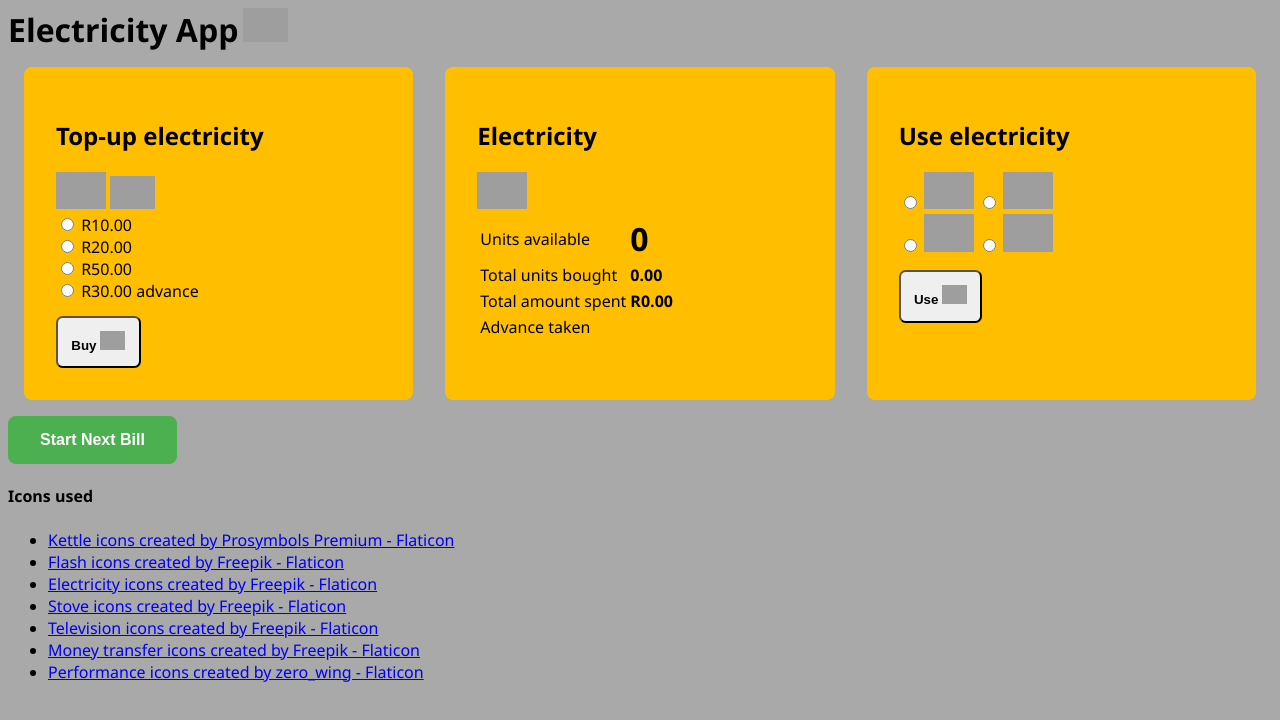
Repository: lasity34/electricity-app
Page: index.html
These files come from the project's save history. The page is drawn as it stood at one moment and after the next save; the edit follows.
The browser window is 1280 px wide. The pictures show the whole page.
Pictures or frames that could not be fetched are drawn as grey boxes.

Above is the page before, as saved 2023-05-30 14:36:25.

After the next save:
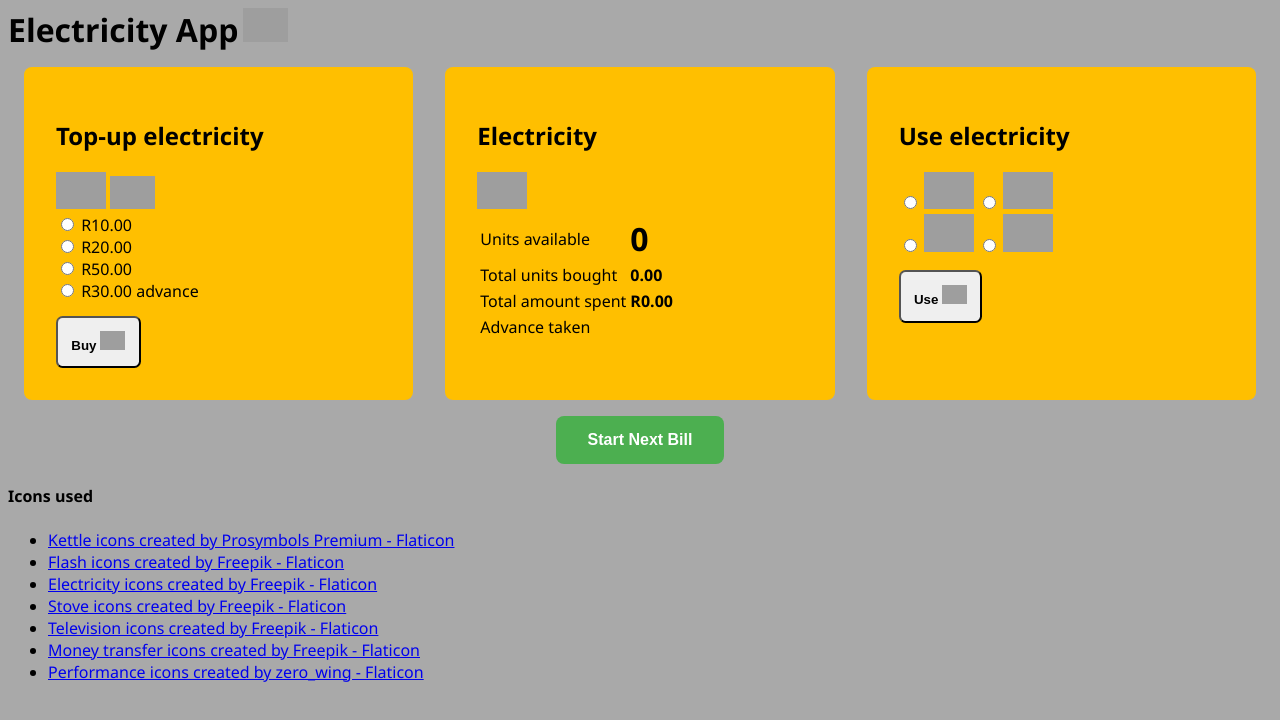
Saved 46 s later.
--- a/style.css
+++ b/style.css
@@ -58,7 +58,8 @@ button {
 }
 
 .clear_container {
-	margin: 0 auto;
+	display: flex;
+	justify-content: center;
 }
 
 .styled-button {
